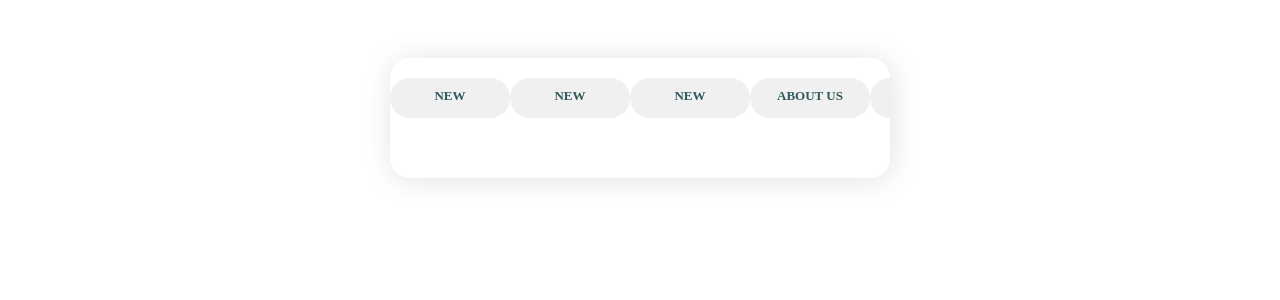
Repository: KHANHD192/JS_evondev
Page: eondev/tab_scroll/index.html
The author's editor kept a copy of each file at every save. The page is drawn from the files as they stood at one save, then again after the next save.
The browser window is 1280 px wide. The pictures show the whole page.
After loading, the first visible `div.tab-item` was clicked once.

Above is the page before, as saved 2023-05-30 11:35:02.

### eondev/tab_scroll/index.html
<!DOCTYPE html>
<html lang="en">
<head>
    <meta charset="UTF-8">
    <meta http-equiv="X-UA-Compatible" content="IE=edge">
    <meta name="viewport" content="width=device-width, initial-scale=1.0">
    <title>tab</title>
    <style>

       html{
        box-sizing: border-box;
        font-size: 62.5%;
       }
       .tab_content {
         display: none;
       }
       .tab-item.active{
        background-color: aqua;
        color: white;

       }
       .tab-item{
        background-color: rgba(192, 192, 192, 0.24);
        color:rgb(49, 90, 90);
       }
       body{
        display: flex;
        justify-content: center;
        align-items: center;

       }
       .tab_container{
        margin-top:5rem;
        width: 50rem;
        height: 12rem;
        box-shadow: 2px 2px 3rem rgba(0, 0, 0, 0.116);
        /* border: 1px solid slategray; */
        position: relative;
        border-radius: 2rem;

       }
       .tab_list{
        width: 100%;
        margin-top: 2rem;
        overflow-x: auto;
        overflow: -moz-scrollbars-none;
    -ms-overflow-style: none;
       }
       .list_content{
        display: flex;
        width: 200%;
        white-space: nowrap;

       }
       .tab_list::-webkit-scrollbar {
         display: none;
}
       .tab-item{
        user-select: none;
        width: 12rem;
        height: 3rem;
        border-radius: 999px;
        cursor: pointer;
        text-align: center;
        font-weight: bold;
        font-size: 1.3rem;
        padding-top: 1rem;
       }
       .tab_wrap{
        margin-top: 3rem;
         text-align: center;
       }
       .tab_content.active{
            display: block;
       }
    </style>
</head>
<body>
    <div class="tab_container">
        <div class="tab_list">
           <div class="list_content">
            <div class="tab-item active">HOME</div>
            <div class="tab-item ">NEW</div>
            <div class="tab-item ">NEW</div>
            <div class="tab-item ">NEW</div>
            <div class="tab-item ">ABOUT US</div>
            <div class="tab-item ">ABOUT US</div>
            <div class="tab-item ">ABOUT US</div>
           </div>
        </div>

    </div>
    <script src="./app.js"></script>
</body>
</html>

### eondev/tab_scroll/app.js
function click_sildeTab(){
   let button = document.querySelectorAll('.tab-item');
   let tab_list = document.querySelector('.tab_list');
   console.log(button);
   let ders = document.querySelectorAll('.tab_content');
   for(let i = 0 ; i < button.length ; i++){
      button[i].onclick = function(){
         // xử dụng kĩ thuật là css cứng cho 1 item đã active rồi khi click vào button khác thì chỉ việc xóa class active đó rồi gán vô class khác !

         let buttonCurrent = document.querySelector('.tab-item.active');
         buttonCurrent.classList.remove('active');
         button[i].classList.add('active');
         let position = button[i].offsetLeft;
         console.log(position);
         tab_list.scroll(position/2+button[i].offsetWidth,0);
         }
   }

}
click_sildeTab();

After the next save:
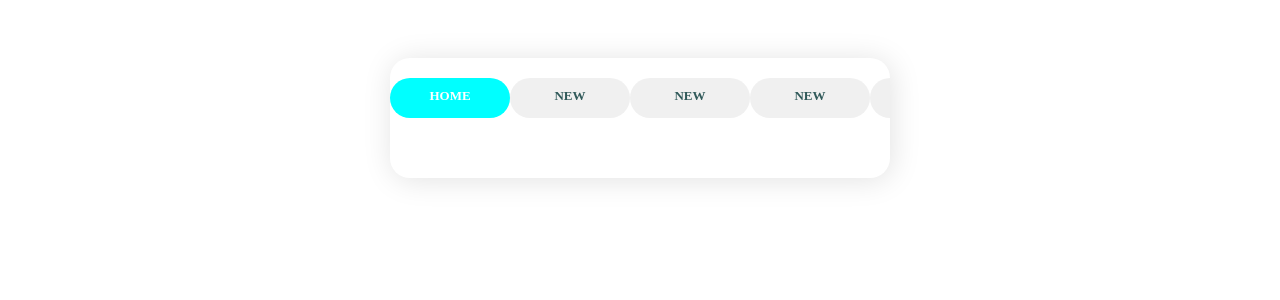
Saved 91 min 38 s later.
--- a/eondev/tab_scroll/app.js
+++ b/eondev/tab_scroll/app.js
@@ -12,7 +12,7 @@ function click_sildeTab(){
          button[i].classList.add('active');
          let position = button[i].offsetLeft;
          console.log(position);
-         tab_list.scroll(position/2+button[i].offsetWidth,0);
+         tab_list.scroll(position/2,0);
          }
    }
 
